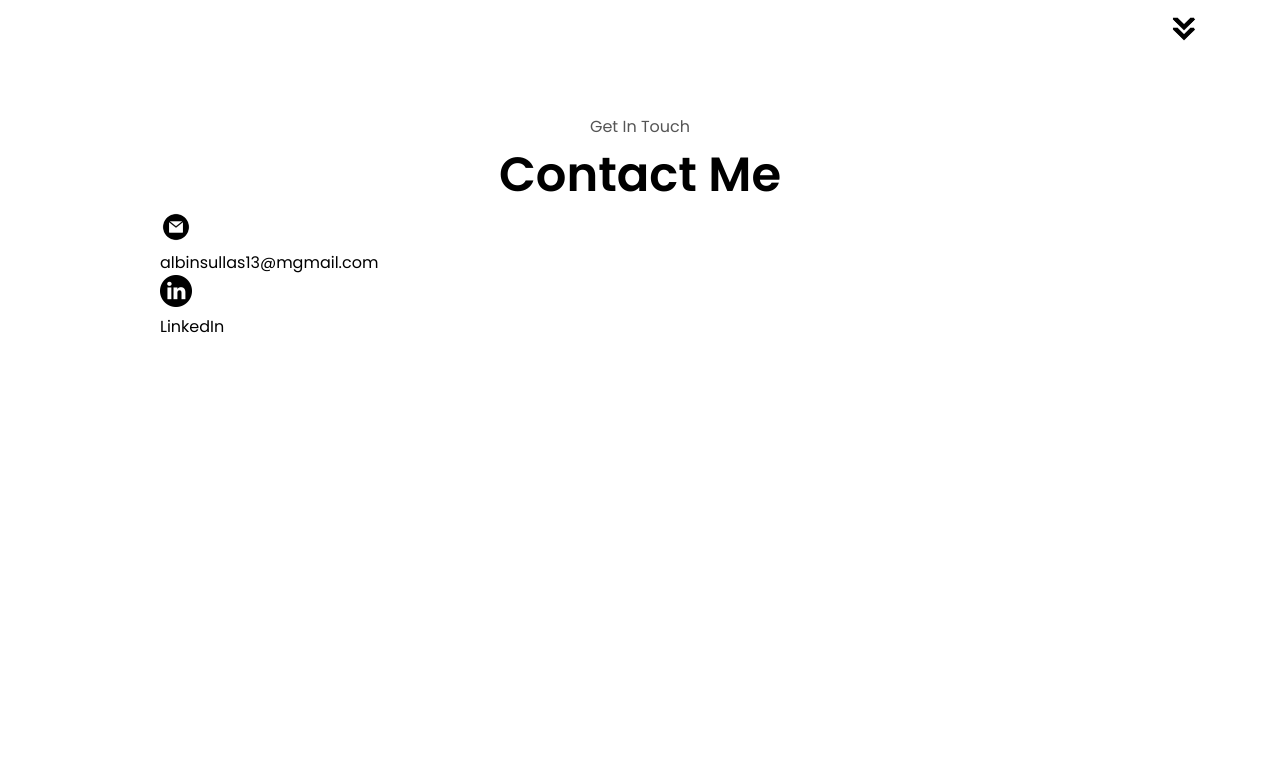
Repository: albinsabu2023/albinsabu
Page: index.html
An editor plug-in stored every save of this project. The page is shown before and after the next save, followed by the edit.
The browser window is 1280 px wide. The pictures show the part of the page from y = 2687 to 3463 px (the page is 3463 px tall).
A picture or video elsewhere on the page could not be fetched, so the positions and the page height are approximate.

Above is the page before, as saved 2023-08-30 13:49:43.

### index.html
<!DOCTYPE html>
<html lang="en">
<link>
    <meta charset="UTF-8">
    <meta name="viewport" content="width=device-width, initial-scale=1.0">
    <title>Albin Sabu</title>
    <link rel="stylesheet" href="style.css"/>
    <link rel="stylesheet" href="mediaqueries.css">
</head>
<body>
    <nav id="desktop-nav">
        <div class="logo">
            ALBIN SABU
        </div>
        <div>
            <ul class="nav-links">
                <li><a href="#about">About</a></li>
                <li><a href="#experience">Experience</a></li>
                <li><a href="#project">Project</a></li>
                <li><a href="#contact">Contact</a></li>
            </ul>
        </div>
    </nav>
    <nav id="hamburger-nav">
        <div clas="logo"> ALBIN SABU</div>
        <div class="hamburger-menu">
            <div class="hamburger-icon" onclick="toggleMenu()">
                <span></span>
                <span></span>
                <span></span>
            </div>
            <div class="menu-links">
                <li><a href="#about" onclick="toggleMenu()">About</a></li>
                <li><a href="#about" onclick="toggleMenu()">Experience</a></li>
                <li><a href="#about" onclick="toggleMenu()">Project</a></li>
                <li><a href="#about" onclick="toggleMenu()">Contact</a></li>
            </div>
        </div>
    </nav>
    <section id="profile">
        <div class="section__pic-container">
            <img src="./assets/Albin Sabu2.png" alt="profile-pic">
        </div>
        <div class="section__text">
            <p class="section__text__p1">Hello ,I'm</p>
            <h1 class="title">Albin Sabu</h1>
            <p class="section__text__p2">Software Developer</p>
            <div class="btn_container">
                <button class="btn btn-color-2" onclick="window.open('./assets/Albin sabu.pdf')">Download CV</button>
                <button class="btn btn-color-1" onclick="location.href='#contact'">Contact Info</button>
            </div>
            <div id="social-container">
                <img src="./assets/linkedin.png" alt="My Linkedin Profile" class="icon" onclick="location.href='https://www.linkedin.com/in/albin-sabu-377798230'">
                <img src="./assets/github.png" alt="My Github Profile" class="icon" onclick="location.href='https://github.com/albinsabu2023'">

            </div>
        </div>
    </section>
    <section id="about">
        <p class="section__text__p1">Get To Know More</p>
        <h1 class="title">About Me</h1>
        <div class="section-container">
            <div class="section__pic-container">
                <img src="./assets/ull.png" alt="profilepicture" class="about-pic">
            </div>
            <div class="about-details-container">
                <div class="about-container">
                    <div class="details-container">
                        <img src="./assets/experience.png" alt="experience icon" class="icon">
                        <h3>Experience</h3>
                        <p>Full Stack Developer</p>
                    </div>
                    <div class="details-container">
                        <img src="./assets/education.png" alt="experience icon" class="icon">
                        <h3>Education</h3>
                        <p>B.Tech in Computer Science</p>
                    </div>
                </div>
                <div class="text-container">
                    <p>Greetings! I'm Albin Sabu, a dedicated Fullstack developer and final year Computer Science Engineering student. Hailing
                    from the serene landscapes of Kottayam, Kerala, India, I'm driven by a love for learning, a passion for playing
                    football, and traveling. My skill set encompasses rapid learning, astute critical thinking, and adept
                    problem-solving.  I'm poised to create meaningful
                    contributions in the world of development.
                    </p>
                </div>
            </div>
        </div>
        <!-- onclick="locaiton.href='./#experience'" -->
       <img src="./assets/arrow.png" alt="arrow" class="icon arrow" >
    </section>
    <section id="experience">
        <p class="section__text__p1">Explore My</p>
        <h1 class="title">Experience</h1>
        <div class="experience-details-container">
            <div class="about-container">
                <div class="details-container">
                    <h2 class="experience-sub-title">FrontEnd</h2>
                    <div class="article-container">
                        <article>
                            <img src="./assets/checkmark.png" alt="experience-icon" class="icon">
                            <div>
                                <h3>HTML</h3>
                                <p>Experienced</p>
                            </div>
                        </article>
                        <article>
                            <img src="./assets/checkmark.png" alt="experience-icon" class="icon">
                            <div>
                                <h3>CSS</h3>
                                <p>Experienced</p>
                            </div>
                        </article>
                        <article>
                            <img src="./assets/checkmark.png" alt="experience-icon" class="icon">
                            <div>
                                <h3>Javascript</h3>
                                <p>Experienced</p>
                            </div>
                        </article>
                        <article>
                            <img src="./assets/checkmark.png" alt="experience-icon" class="icon">
                            <div>
                                <h3>Typescript</h3>
                                <p>Experienced</p>
                            </div>
                        </article>
                        <article>
                            <img src="./assets/checkmark.png" alt="experience-icon" class="icon">
                            <div>
                                <h3>NextJS</h3>
                                <p>Experienced</p>
                            </div>
                        </article>

                    </div>
                </div>
                <div class="details-container">
                    <h2 class="experience-sub-title">Backend</h2>
                    <div class="article-container">
                        <article>
                            <img src="./assets/checkmark.png" alt="experience-icon" class="icon">
                            <div>
                                <h3>Node.Js</h3>
                                <p>Experienced</p>
                            </div>
                        </article>
                        <article>
                            <img src="./assets/checkmark.png" alt="experience-icon" class="icon">
                            <div>
                                <h3>MongoDB</h3>
                                <p>Experienced</p>
                            </div>
                        </article>

                        <article>
                            <img src="./assets/checkmark.png" alt="experience-icon" class="icon">
                            <div>
                                <h3>Express.Js</h3>
                                <p>Intermediate</p>
                            </div>
                        </article>
                        <article>
                            <img src="./assets/checkmark.png" alt="experience-icon" class="icon">
                            <div>
                                <h3>Git</h3>
                                <p>Experienced</p>
                            </div>
                        </article>
                        <article>
                            <img src="./assets/checkmark.png" alt="experience-icon" class="icon">
                            <div>
                                <h3>firebase</h3>
                                <p>Experienced</p>
                            </div>
                        </article>

                    </div>
                </div>
            </div>
        </div>
        <img src="./assets/arrow.png" alt="arrow" class="icon arrow">
    </section>
    <section id="project">
        <p class="section__text__p1">Browse My Recent</p>
        <h1 class="title">Projects</h1>
        <div class="experience-details-container">
            <div class="about-container">
                <div class="details-container color-container">
                    <div class="article-container">
                        <img src="./assets/project-1.png" alt="project1" class="project-img">
                    </div>
                    <h2 class="experience-sub-title project-title" onclick="location.href=''">Project One</h2>
                    <div class="btn-container">
                        <button class="btn btn-color-2 project-btn">
                            Github
                        </button>

                    </div>
                </div>
                <div class="details-container color-container">
                    <div class="article-container">
                        <img src="./assets/project-2.png" alt="project1" class="project-img">
                    </div>
                    <h2 class="experience-sub-title project-title" onclick="location.href=''">Project Two</h2>
                    <div class="btn-container">
                        <button class="btn btn-color-2 project-btn">
                            Github
                        </button>

                    </div>
                </div>
                <div class="details-container color-container">
                    <div class="article-container">
                        <img src="./assets/project-3.png" alt="project1" class="project-img">
                    </div>
                    <h2 class="experience-sub-title project-title" onclick="location.href=''">Project Three</h2>
                    <div class="btn-container">
                        <button class="btn btn-color-2 project-btn">
                            Github
                        </button>

                    </div>
                </div>
            </div>
        </div>
        <img src="./assets/arrow.png" alt="arrow" class="icon arrow">
    </section >
    <section id="contact">
        <p class="section__text__p1">Get In Touch</p>
        <h1 class="title">Contact Me</h1>
        <div class="contact-info-upper-container">
            <div class="contact-info-container">
                <img src="./assets/email.png" alt="email icon" class="icon contact-icon">
                <p><a href="mailto:albinsullas13@gmail.com">albinsullas13@mgmail.com</a></p>
            </div>
        </div>
        <div class="contact-info-upper-container">
            <div class="contact-info-container">
                <img src="./assets/linkedin.png" alt="linkdin icon" class="icon contact-icon">
                <p><a href="https://www.linkedin.com/in/albin-sabu-377798230">LinkedIn</a></p>
            </div>
        </div>
    </section>
    <script src="script.js"></script>
</body>
</html>

### style.css
@import url('https://fonts.googleapis.com/css2?family=Poppins:ital,wght@0,300;0,400;0,500;0,600;1,200;1,300;1,500;1,600&display=swap');

* {
    margin: 0;
    padding: 0;
}

body {
    font-family: 'Poppins', sans-serif;
}

html {
    scroll-behavior: smooth;
}

p {
    color: rgb(85, 85, 85);
}

a,
.btn {
    transition: all 300ms ease
}

/* Desktop navigation */
nav,
.nav-links {
    display: flex;

}

nav {
    justify-content: space-around;
    align-items: center;
    height: 17vh;

}

.nav-links {
    gap: 2rem;
    list-style: none;
    font-size: 1.5rem;
}
a{
    color:black;
    text-decoration: none;
    text-decoration-color: white;
}

a:hover{
    color:gray;
    text-decoration:underline;
    text-underline-offset:1rem ;
    text-decoration-color:rgb(181,181,181);
}

.logo{
    font-size:2rem;
}

#hamburger-nav{
    display:none;
}
.hamburger-menu{
    position: relative;
    display:inline-block;
}
.hamburger-icon{
    display: flex;
    flex-direction: column;
    justify-content: space-between;
    height: 24px;
    width: 30px;
    cursor: pointer;
}

.hamburger-icon span{
    width:100%;
    height: 2px;
    background-color: black;
    transition: all 0.3 ease-in-out;
}

.menu-links{
    position:absolute;
    top:100%;
    right:0%;

    width: fit-content;
    max-height: 0;
    overflow: hidden;
    transition: all 0.3 ease-in-out;
}

.menu-links{
    display: block;
    padding: 10px;
    text-align: center;
    font-size: 1.5rem;
    color: black;
    text-decoration: none;
    transform: all 0.3 ease-in-out;
}

.menu-links li{
    list-style: none;

}

.menu-links.open{
    max-height: 300px;
}

.hamburger-icon.open span:first-child{
    transform:rotate(45deg) translate(10px,5px);
}
.hamburger-icon.open span:nth-child(2){
   opacity:0;
}
.hamburger-icon.open span:last-child{
    transform:rotate(-45deg) translate(10px,-5px);
}

.hamburger-icon span:first-child{
    transform: none;
}
.hamburger-icon span:first-child{
    opacity:1;
}
.hamburger-icon span:first-child{
    transform: none;
}

section{
    padding-top:4vh ;
    height: 96vh;
    margin: 0 10rem;
    box-sizing: border-box;
    min-height: fit-content;
}

.section-container{
    display: flex;
}

#profile{
    display: flex;
    justify-content: center;
    gap: 5rem;
    height:  80vh;
}

.section__pic-container{
    display: flex;
    height: 400px;
    width: 400px;
    margin: auto 0;
}

.section__text{

    align-self:center;
    text-align: center;
}

.section__text p{
    font-weight: 600;
}
.section__text__p1{
    text-align: center;

}
.section__text__p2 {

    font-size: 1.75rem;
    margin-bottom: 1rem;
}

.title{
    font-size:3rem;
    text-align: center;
}
#social-container{
    display: flex;
    justify-content: center;
    margin-top: 1rem;
    gap: 1rem;
}

/* icon */
.icon{
    cursor: pointer;
    height: 2rem;
}

.btn-container{
    display: flex;
    justify-content:center;
    gap: 1rem;
}
.btn{
    font-weight: 600;
    transition: all 300ms ease;
    padding: 1rem;
    width: 8rem;
    border-radius: 2rem;

}

.btn-color-1,.btn-color-2{
    border:rgb(53,53,53) 0.1rem solid;
}
.btn-color-1:hover,
.btn-color-2:hover {
   cursor:pointer
}
.btn-color-1,
.btn-color-2:hover {
   background: rgb(53,53,53);
   color: white;
}

.btn-color-1:hover{
    background-color: rgb(0,0,0);

}
.btn-color-2{
    background:none
    ;
}
.btn-color-2:hover{
    border:rgb(255,255,255) 0.1rem solid;
}

/* About section */

#about{
    position: relative;
}
.about-container{
    gap:2rem;
    margin-bottom:2rem ;
    margin-top: 2rem;
}
.about-details-container{
    justify-content: center;
    flex-direction: column;
}

.about-container,.about-details-container{
    display: flex;
}

.about-pic{
    border-radius: 2rem;

}
.arrow{
    position:absolute;
    right:-5rem;
    bottom:2.5rem;
}

.details-container{
    padding:1.5rem ;
    flex: 1;
    background: white;
    border-radius: 2rem;
    border: rgb(53,53,53) 0.1rem solid;
    border-color: rgb(163,163,163);
    text-align: center;

}

.section-container{
    gap: 4rem;
    height: 80%;
}

.section__pic-container{
    height: 300px;
    width:300px ;
    margin:auto 0;
}

/* experience */

#experience{
    position:relative;
}

.experience-sub-title{
    color:rgb(85,85,85);
    font-weight: 600;
    font-size: 1.75rem;
    margin-bottom:2rem;
}

.experience-details-container{
    display: flex;
    justify-content: center;
    flex-direction: column;
}
.article-container{
    display: flex;
    text-align: initial;
    flex-wrap: wrap;
    flex-direction: row;
    gap: 2.5rem;
    justify-content: space-around;
}

article{
    display: flex;
    width: 10rem;
    justify-content: space-around;
    gap:0.5rem ;
}

.article .icon{
    cursor:default;
}

/* project */

#project{
    position: relative;
}

.color-container{
    border-color: rgb(163,163,163);
    background: rgb(250,250,250);
}
.project-img{
    border-radius: 2rem;
    width: 90%;
    height: 90%;
}
.project-title{
    margin: 1rem;
    color:black;
}

.project-btn{
    color: black;
    border-color: rgb(163, 163, 163);
}

#contact{

}

### mediaqueries.css
@media screen and (max-width:1200px){
    #desktop-nav{
        display: none;
    }
    #hamburger-nav{
        display: flex;
    }
}

Loaded but not shown: script.js (common file)

After the next save:
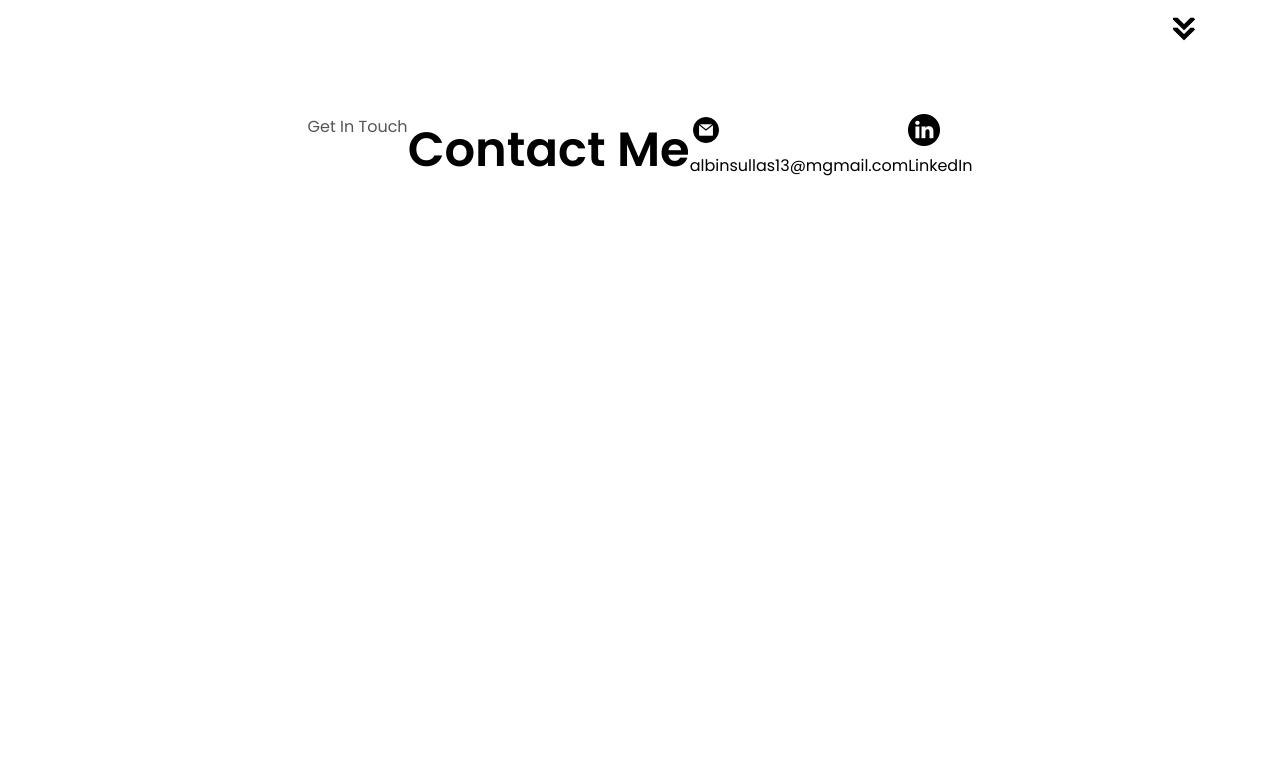
Saved 11 s later.
--- a/style.css
+++ b/style.css
@@ -347,5 +347,7 @@ article{
 }
 
 #contact{
-
-}
+    display: flex;
+
+    justify-content: center;
+}
